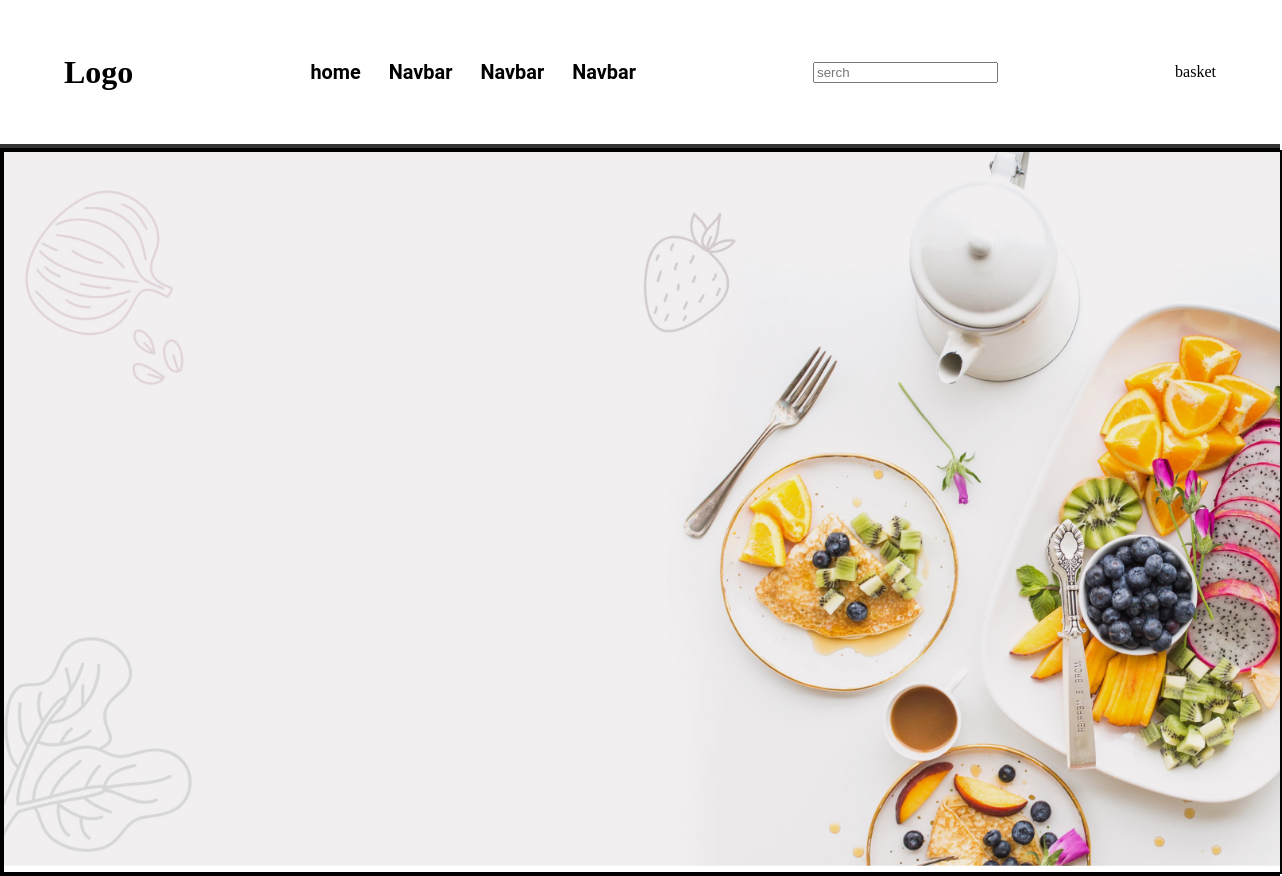
Repository: Islam432/Islam-and-Arsi---team
Page: /
These files come from the project's save history. The page is drawn as it stood at one moment and after a run of saves; the edit follows.
The browser window is 1280 px wide. The page is 1282 px wide, so the pictures cover 1282 px, including what lies to the right of the window. The pictures show the whole page.
The project was rebuilt for these pictures with package versions that can differ from the ones it lists, and the page was loaded fresh each time. Also part of the build but not shown: vite.config.js, src/App.css, src/components/Comp/Comp.jsx.

Above is the page before, as saved 2023-03-11 23:11:28.

After the next 2 saves:
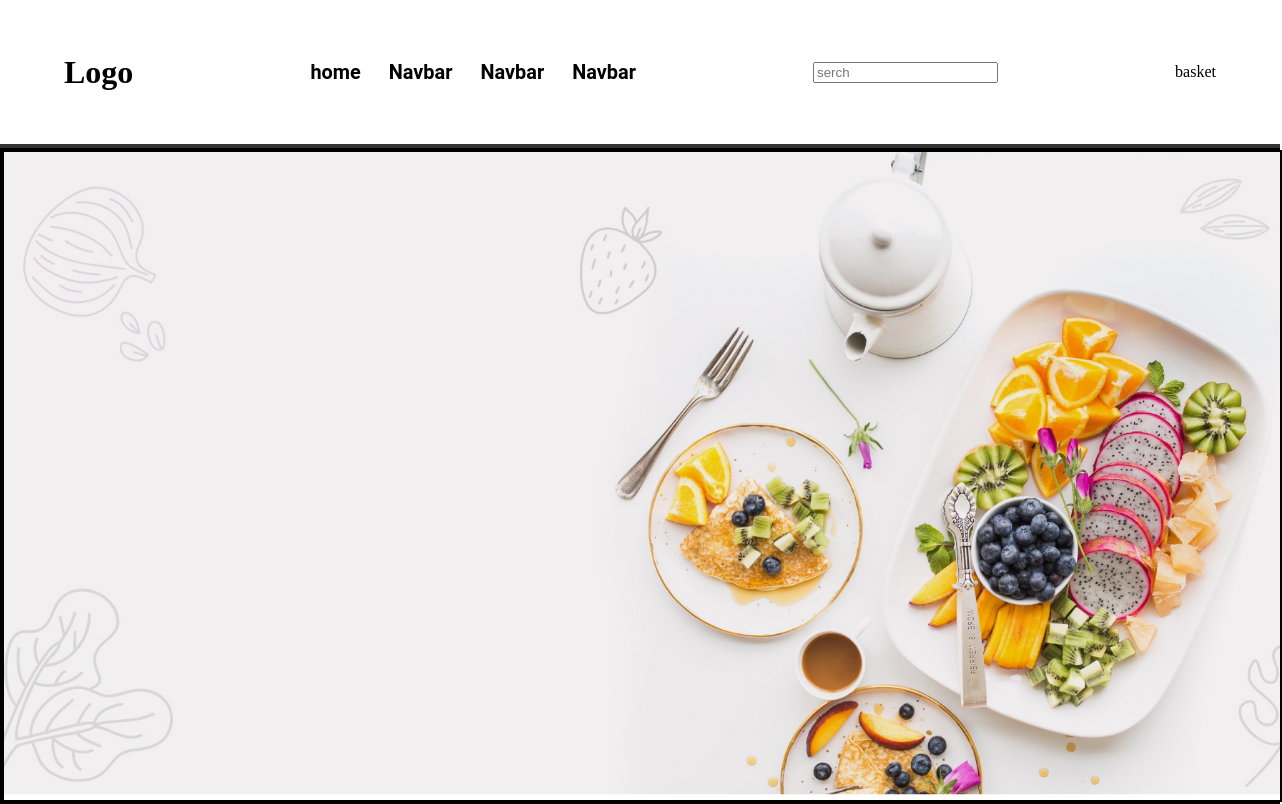
The 2 saves are shown as one change because they came seconds apart.
The last was saved 13 s later.
--- a/src/components/Home/Home.module.css
+++ b/src/components/Home/Home.module.css
@@ -8,7 +8,7 @@
     background-image: url('./Banner.jpg');
   width: 100%;
  object-fit: cover;
-min-height: 100vh;
+min-height: 90vh;
     border: 2px solid black;
     background-size: cover;
 }
